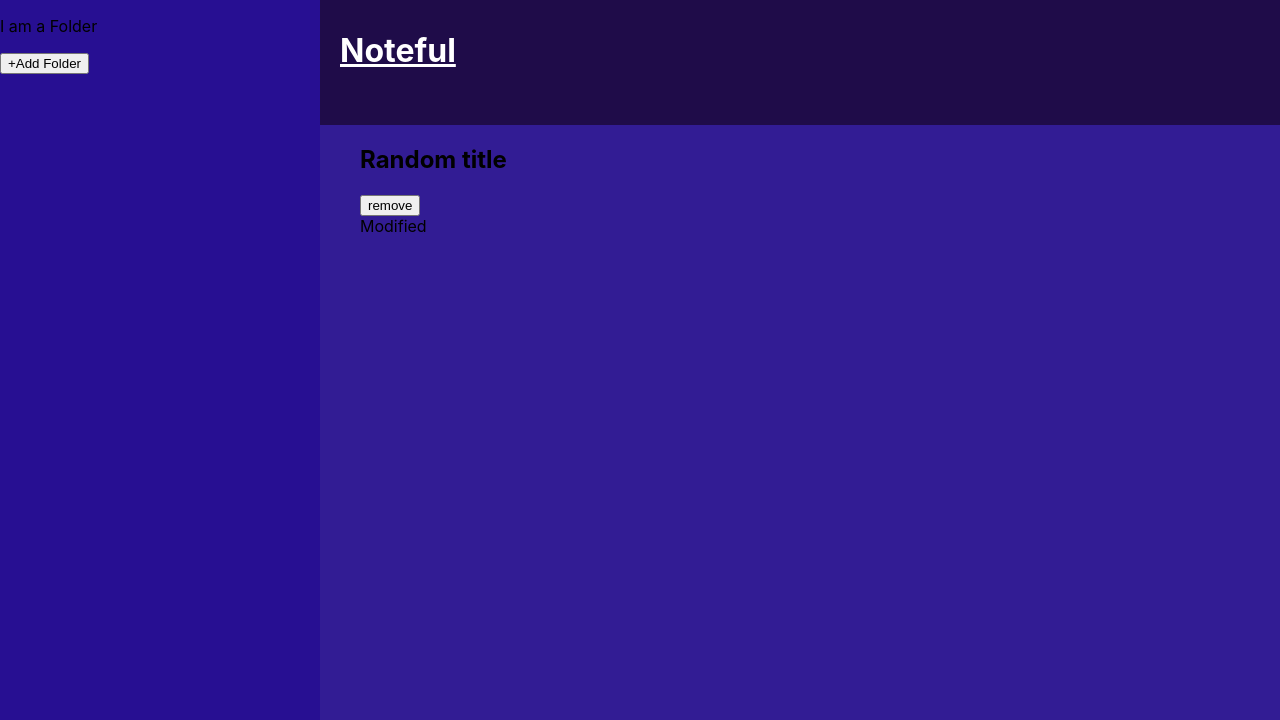
Repository: thinkful-ei-macaw/noteful-agatha-curtis
Page: /
These files come from the project's save history. The page is drawn as it stood at one moment and after the next save; the edit follows.
The browser window is 1280 px wide. The pictures show the whole page.
The project was rebuilt for these pictures with package versions that can differ from the ones it lists, and the page was loaded fresh each time.

Above is the page before, as saved 2020-03-10 13:12:40.

After the next save:
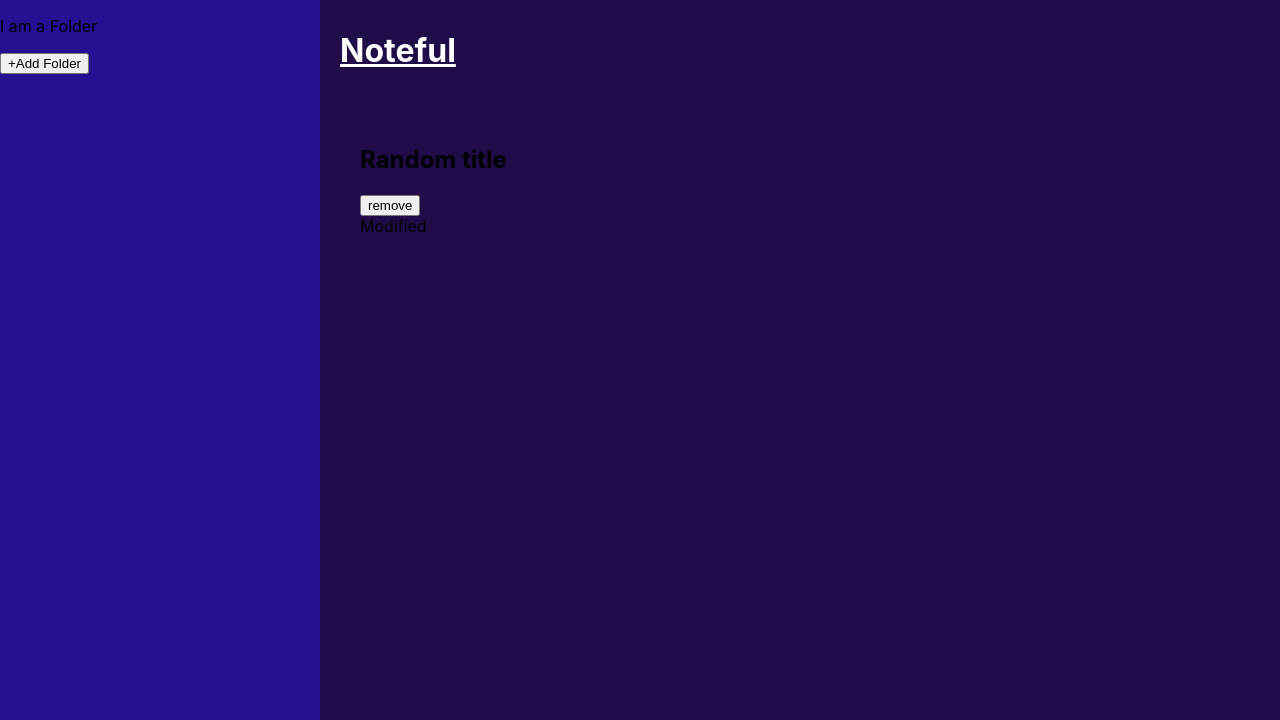
Saved 27 s later.
--- a/src/Component/Note.css
+++ b/src/Component/Note.css
@@ -1,3 +1,4 @@
 .Note {
     padding-left: 20px;
+    background-color: rgb(31, 12, 73);
 }

After the save that followed:
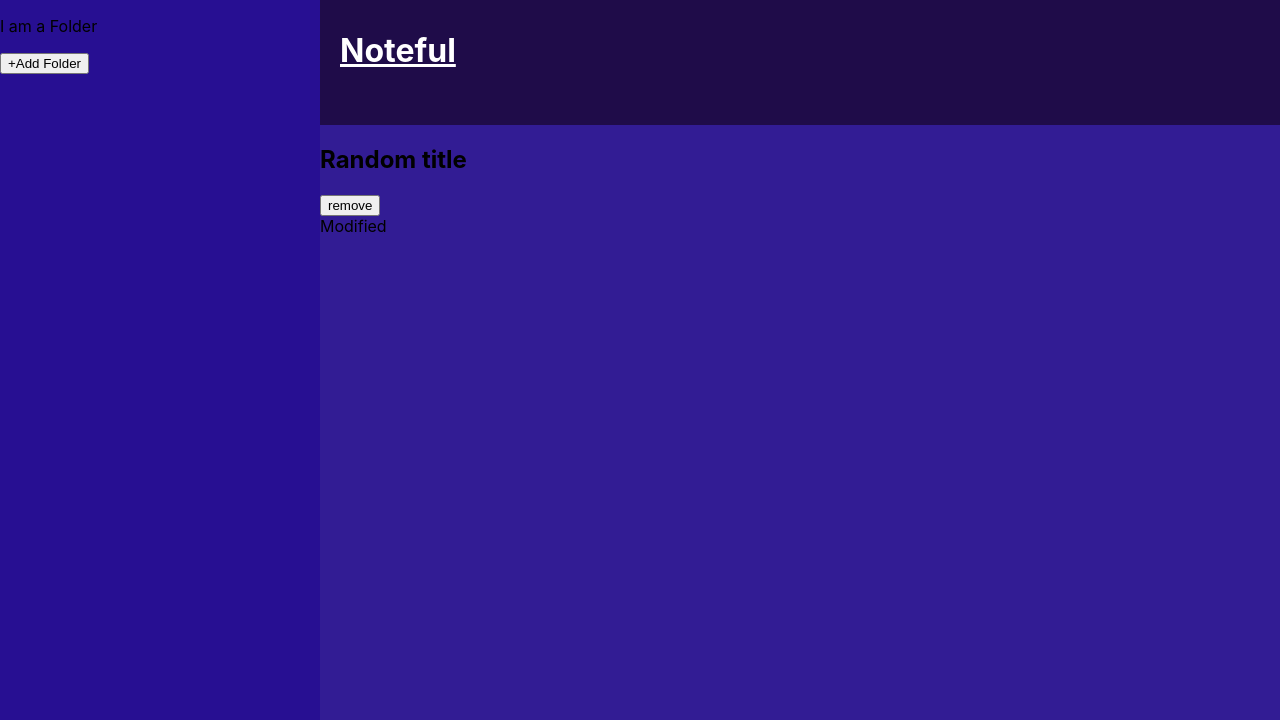
Saved 27 s later.
--- a/src/Component/Note.css
+++ b/src/Component/Note.css
@@ -1,4 +1,4 @@
-.Note {
+.Note__container {
     padding-left: 20px;
     background-color: rgb(31, 12, 73);
 }
